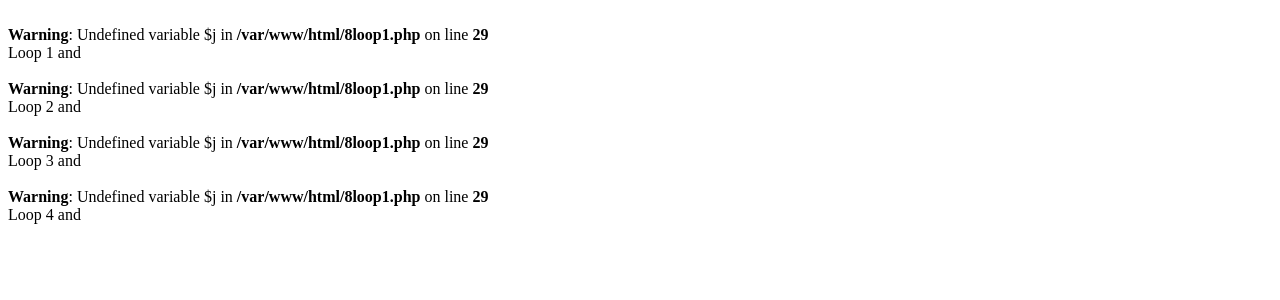
Repository: ajayrkp/HTML_CSS_Notes
Page: http://localhost/8loop1.php
The author's editor kept a copy of each file at every save. The page is drawn from the files as they stood at one save, then again after the next save.
The browser window is 1280 px wide. The pictures show the whole page.
The page is run by PHP 8.4 with error messages shown; the project is at /var/www/html/.

Above is the page before, as saved 2012-10-06 17:20:46.

### IntroProject/8loop1.php
<!--
	I have commented out the actual PHP code.

	But wait, which comment tags are used?
	It is the HTML (browser) comment tag.

	Hopefully, that should make sense, as we are using the browser as
	our output device!

	Cut and paste the PHP code into a file called <1hello1.php>
	   1) Don't copy the HTML comment
	   2) Remove the _ in the PHP start/end tags.
-->
<!--
<_?php

	for ($i = 1; $i < 5; $i = $i + 1) {
		print "Loop $i";
		print "<br>";
	}

?_>
-->
<!-- Below this line is our PHP code -->
<?php


	for ($i = 1; $i < 5; $i = $i + 1) {
		print "Loop $i and $j";
		print "<br>";
	}

?>

After the next save:
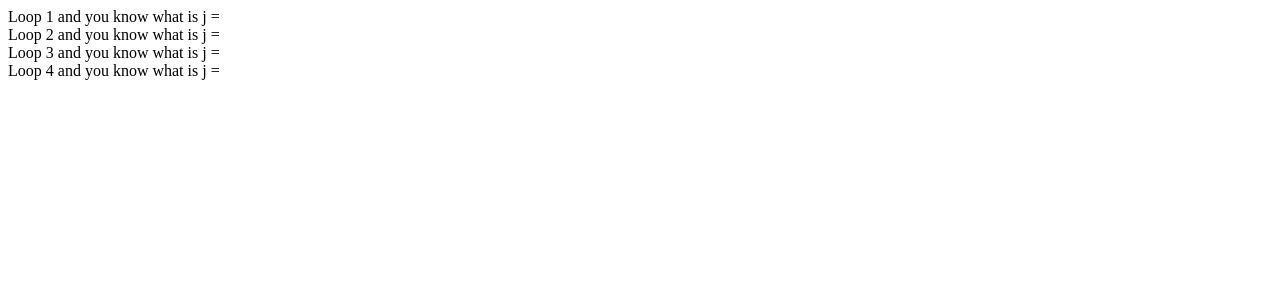
Saved 45 s later.
--- a/IntroProject/8loop1.php
+++ b/IntroProject/8loop1.php
@@ -26,7 +26,7 @@
 
 
 	for ($i = 1; $i < 5; $i = $i + 1) {
-		print "Loop $i and $j";
+		print "Loop $i and you know what is j = ";
 		print "<br>";
 	}
 
